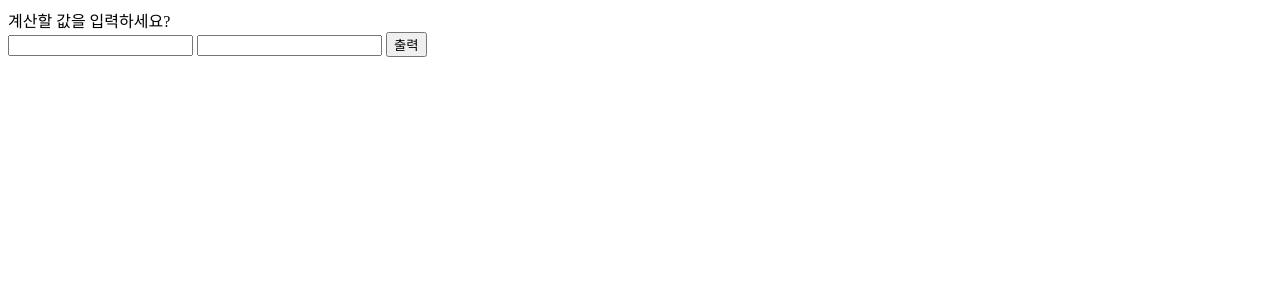
Repository: water-case/Servlet_JSP_JSPMVC
Page: workspace/JSPPrj/src/main/webapp/add.html
An editor plug-in stored every save of this project. The page is shown before and after the next save, followed by the edit.
The browser window is 1280 px wide. The pictures show the whole page.

Above is the page before, as saved 2021-08-25 04:55:11.

### workspace/JSPPrj/src/main/webapp/add.html
<!DOCTYPE html>
<html>
<head>
<meta charset="UTF-8">
<title>Insert title here</title>
</head>
<body>
	<div>
		<form action="add">
			<div>
				<label>계산할 값을 입력하세요?</label>
			</div>
			<div>
				<input type="text" name="n1" />
				<input type="text" name="n2" />
				<input type="submit" value="출력" />
			</div>
		</form>
	</div>
</body>
</html>

After the next save:
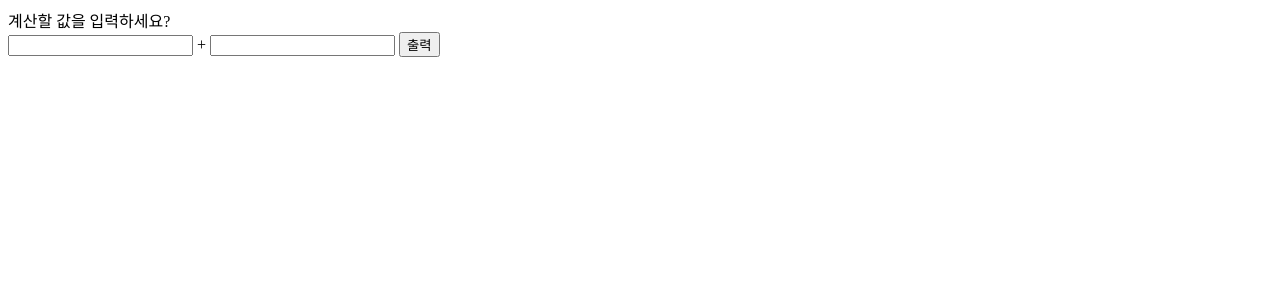
Saved 8 s later.
--- a/workspace/JSPPrj/src/main/webapp/add.html
+++ b/workspace/JSPPrj/src/main/webapp/add.html
@@ -12,6 +12,7 @@
 			</div>
 			<div>
 				<input type="text" name="n1" />
+				<label>+</label>
 				<input type="text" name="n2" />
 				<input type="submit" value="출력" />
 			</div>
